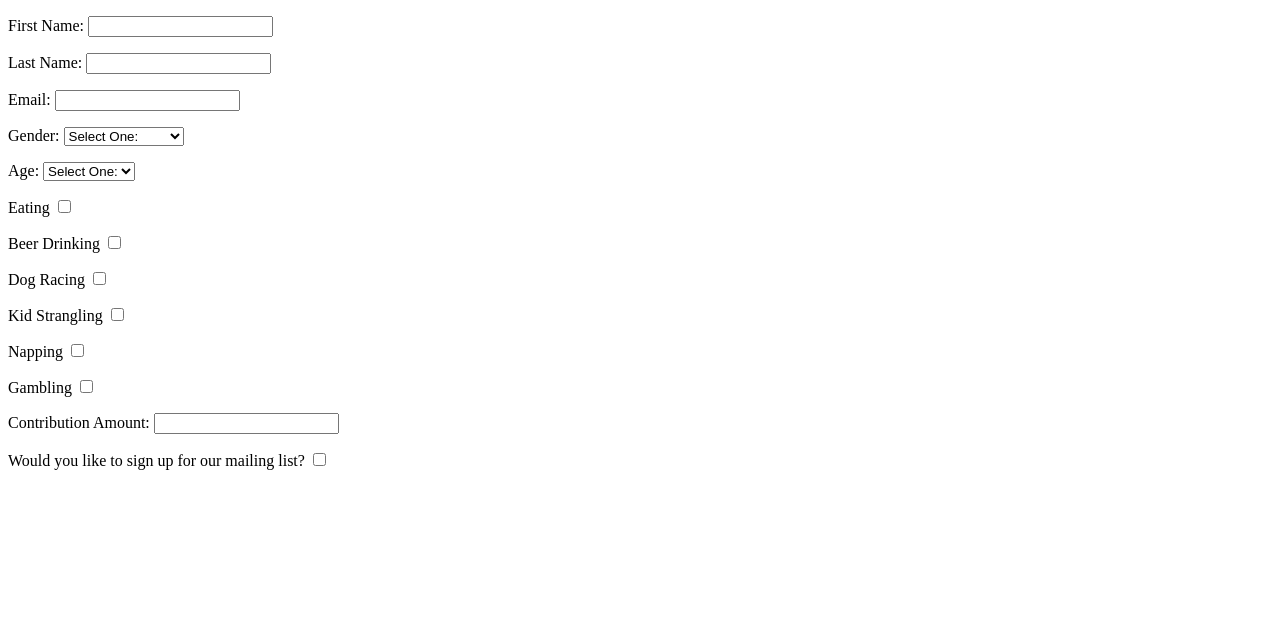
Repository: codieb1997/cosw30
Page: homework/home1/contact.html
The author's editor kept a record of every edit. The page is drawn from the files as they stood at one moment, then again after the next edit.
The browser window is 1280 px wide. The pictures show the whole page.

Above is the page before.

### homework/home1/contact.html
<!doctype html>
<html>
    <head>
        <meta charset="utf-8">
        <title>Contact Form</title>
    </head>
    <body>
        <form action="contact.php">
            <p><label for="first_name">First Name:</label>
            <input type="text" id="first_name" name="first_name" required></p>

            <p><label for="last_name">Last Name:</label>
            <input type="text" id="last_name" name="last_name" required></p>

            <p><label for="email">Email:</label>
            <input type="email" id="email" name="email" required></p>

            <p><label for="gender">Gender:</label>
            <select name="gender" required>
                <option value="select_one" selected>Select One:</option>
                <option value="male">Male</option>
                <option value="female">Female</option>
                <option value="other">Other</option>
                <option value="no_answer">Prefer not to say</option>
            </select></p>

            <p><label for="age">Age:</label>
            <select name="age" required>
                <option value="select_one" selected>Select One:</option>
                <option value="under_18">Under 18</option>
                <option value="18_30">18-30</option>
                <option value="30_50">30-50</option>
                <option value="over_50">Over 50</option>
            </select>
                </p>

            <p><label>Eating
                <input type="checkbox" name="eating" id="eating">
            </label></p>
            <p><label>Beer Drinking
                <input type="checkbox" name="beer_drinking" id="beer_drinking">
            </label></p>
            <p><label>Dog Racing
                <input type="checkbox" name="dog_racing" id="dog_racing">
            </label></p>
            <p><label>Kid Strangling
                <input type="checkbox" name="kid_strangling" id="kid_strangling">
            </label></p>
            <p><label>Napping
                <input type="checkbox" name="napping" id="napping">
            </label></p>
            <p><label>Gambling
                <input type="checkbox" name="gambling" id="gambling">
            </label></p>
            <p><label>Contribution Amount:
            <input type="number" name="contribution" id="contribution">
            </label></p>
            <p><label>Would you like to sign up for our mailing list?</label>
                <input type="checkbox" name="sign_up" id="sign_up">
                </label></p>
        </form>
    </body>
</html>

After the next edit:
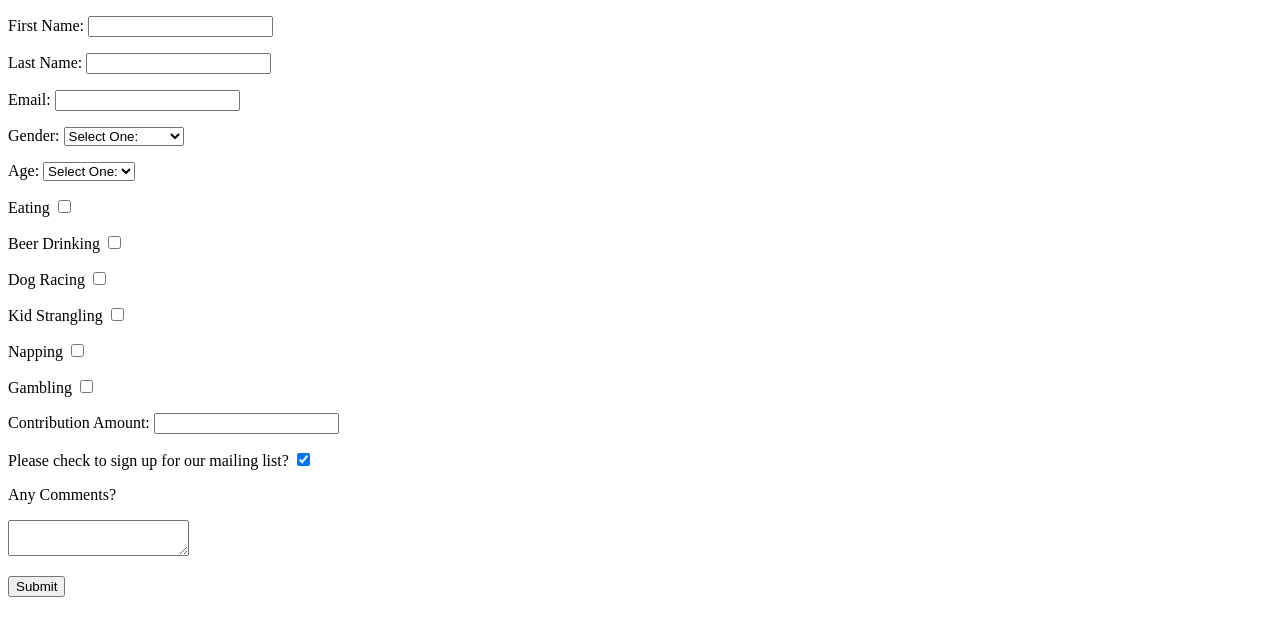
The edit:
--- a/homework/home1/contact.html
+++ b/homework/home1/contact.html
@@ -55,9 +55,12 @@
             <p><label>Contribution Amount:
             <input type="number" name="contribution" id="contribution">
             </label></p>
-            <p><label>Would you like to sign up for our mailing list?</label>
-                <input type="checkbox" name="sign_up" id="sign_up">
-                </label></p>
+            <p><label>Please check to sign up for our mailing list?</label>
+                <input type="checkbox" name="sign_up" id="sign_up" checked>
+            </label></p>
+            <p><lable>Any Comments?</lable></p>
+            <p><textarea name="comments"></textarea></p>
+            <p><button>Submit</button>
         </form>
     </body>
 </html>
